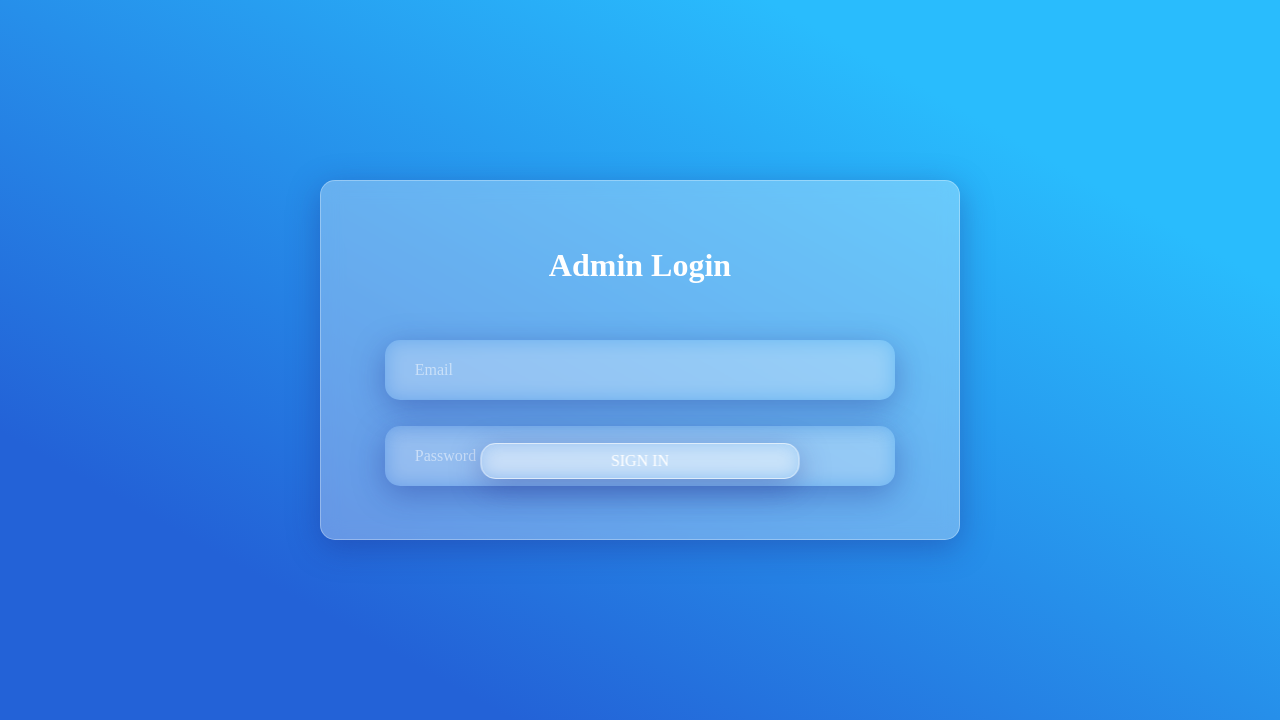
Repository: LEEYONGJUN3068/cms
Page: /login
An editor plug-in stored every save of this project. The page is shown before and after a run of saves, followed by the edit.
The browser window is 1280 px wide. The pictures show the whole page.
The page's requests for data from a server got no answer. The project was rebuilt for these pictures with package versions that can differ from the ones it lists, and the page was loaded fresh each time. The framework's server and built-in components were replaced by stand-ins that run in the browser. No one was signed in, and anything a server would have sent is missing. Also part of the build but not shown: next.config.mjs.

Above is the page before, as saved 2025-09-23 15:03:59.

### src/app/layout.js
import { Geist, Geist_Mono } from "next/font/google";
import "./globals.css";
import AppLoader from "@/components/AppLoader";
import "../styles/globals.scss";

const geistSans = Geist({
  variable: "--font-geist-sans",
  subsets: ["latin"],
});

const geistMono = Geist_Mono({
  variable: "--font-geist-mono",
  subsets: ["latin"],
});

export const metadata = {
  title: "Create Next App",
  description: "Generated by create next app",
  stylesheets: [
    {
      rel: 'stylesheet',
      as: 'style',
      crossOrigin: 'anonymous',
      href: 'https://cdn.jsdelivr.net/gh/orioncactus/pretendard@v1.3.9/dist/web/static/pretendard.min.css',
    },
  ],
};

export default function RootLayout({ children }) {
  return (
    <html lang="ko">
      <body
        className={`${geistSans.variable} ${geistMono.variable} antialiased`}
      >
        <AppLoader>{children}</AppLoader>
      </body>
    </html>
  );
}

### src/app/login/page.jsx
'use client'
import { useState } from 'react'
import { supabase } from '@/lib/supabaseClient'
import { useRouter } from 'next/navigation'
import styles from './login.module.scss'

export default function Login() {
  const [email,setEmail] = useState('')
  const [password,setPassword] = useState('')
  const router = useRouter()

  const handleLogin = async (e) => {
    e.preventDefault()
    const { data, error } = await supabase.auth.signInWithPassword({ email, password })
    if (error) alert(error.message)
    else router.push('/dashboard')
  }

  return (
    <div className={styles.loginContainer}>
      <div className={styles.form}>
        <h2>Admin Login</h2>
        <form onSubmit={handleLogin}>
          <input
            type="email"
            placeholder="Email"
            value={email}
            onChange={(e)=>setEmail(e.target.value)}
            required
            name='id'
          />
          <input
            type="password"
            placeholder="Password"
            value={password}
            onChange={(e)=>setPassword(e.target.value)}
            required
            name='pw'
          />
          <button type="submit" className={styles.loginBtn}>SIGN IN</button>
        </form>
      </div>
    </div>
  )
}

### src/app/globals.css
@import "tailwindcss";

:root {
  --background: #ffffff;
  --foreground: #171717;
}

@theme inline {
  --color-background: var(--background);
  --color-foreground: var(--foreground);
  --font-sans: var(--font-geist-sans);
  --font-mono: var(--font-geist-mono);
}

@media (prefers-color-scheme: dark) {
  :root {
    --background: #0a0a0a;
    --foreground: #ededed;
  }
}

body {
  background: var(--background);
  color: var(--foreground);
  font-family: 'Pretendard';
}

### src/components/AppLoader.jsx
"use client";

import { useState, useEffect } from "react";
import dynamic from 'next/dynamic'; // dynamic import 추가

// LoadingScreen 컴포넌트를 dynamic으로 불러오고, ssr을 false로 설정합니다.
// 이렇게 하면 이 컴포넌트는 오직 브라우저에서만 렌더링됩니다.
const LoadingScreen = dynamic(() => import('./LoadingScreen'), { ssr: false });

const AppLoader = ({ children }) => {
  const [loading, setLoading] = useState(true);

  useEffect(() => {
    const isFirstVisit = sessionStorage.getItem("isFirstVisit");

    if (isFirstVisit) {
      setLoading(false);
    } else {
      sessionStorage.setItem("isFirstVisit", "false");
      setTimeout(() => {
        setLoading(false);
      }, 3000);
    }
  }, []);

  return loading ? <LoadingScreen /> : <>{children}</>;
};

export default AppLoader;

### src/styles/globals.scss
button{
    &:hover{
        cursor: pointer;
    }
}

### src/app/login/login.module.scss
.loginContainer{
    background: linear-gradient(to bottom left, #29bcfd 20%, #2362d7 80%);
    width: 100%;
    height: 100vh;

    .form{
        position: absolute;
        left: 50%;
        top: 50%;
        transform: translate(-50%, -50%);
        width: 50%;
        max-width: 960px;
        height: 50vh;
        max-height: 600px;
        background: rgba(255, 255, 255, 0.3);
        backdrop-filter: blur(10px);
        -webkit-backdrop-filter: blur(10px); /* Safari 브라우저 지원 */
        border: 1px solid rgba(255, 255, 255, 0.3);
        box-shadow: 0 8px 32px 0 rgba(31, 38, 135, 0.37);
        border-radius: 15px;
        padding: clamp(0px, 5vw, 60px) 0;
        color: white;

        h2{
            position: relative;
            top: 0;
            text-align: center;
            font-weight: bold;
            font-size: clamp(0px, 4vw, 32px);
            margin-bottom: 4vw;
        }

        input{
            width: 80%;
            height: 5vh;
            backdrop-filter: blur(10px);
            -webkit-backdrop-filter: blur(10px); /* Safari 브라우저 지원 */
            box-shadow: 0 8px 32px 0 rgba(31, 38, 135, 0.37);
            border-radius: 15px;
            padding: 30px;
            color: white;
            margin-bottom: 2vw;

            &:focus{
                outline: none;
            }
        }

        form{
            display: flex;
            flex-direction: column;
            align-items: center;
        }

        .loginBtn{
            position: absolute;
            left: 50%;
            bottom: clamp(0px, 5vw, 60px);
            transform: translateX(-50%);
            display: flex;
            align-items: center;
            justify-content: center;
            width: 50%;
            height: 5vh;
            backdrop-filter: blur(10px);
            -webkit-backdrop-filter: blur(10px); /* Safari 브라우저 지원 */
            border: 1px solid rgba(255, 255, 255, 0.6);
            box-shadow: 0 8px 32px 0 rgba(31, 38, 135, 0.37);
            border-radius: 15px;
            font-weight: 500;
            color: white;

            &:hover{
                background-color: #fff;
                color: #2362d7;
                transition: all 0.5s;
            }
        }
    }
}

### src/components/LoadingScreen.jsx
"use client";

// lottie-react에서 Player를 가져옵니다.
import { Player } from "@lottiefiles/react-lottie-player";

const LoadingScreen = () => {
  return (
    <div style={{
      position: 'fixed',
      top: 0,
      left: 0,
      width: '100%',
      height: '100%',
      backgroundColor: '#000',
      display: 'flex',
      flexDirection: 'column',
      justifyContent: 'center',
      alignItems: 'center',
      zIndex: 9999,
    }}>
        <p style={{
            fontSize: 'clamp(0px, 5vw, 32px)',
            fontWeight: 'bold',
        }}>
          포트폴리오 화면을 구성중입니다
        </p>
        <Player
          autoplay
          loop
          src="https://lottie.host/dfe9ce55-f0b7-4bb0-bcd2-241897b61dec/JhkEyDhSuU.json"
          style={{ width: 'clamp(0px, 50vw, 300px)', height: 'auto' }}
        />
    </div>
  );
};

export default LoadingScreen;

Loaded but not shown: src/lib/supabaseClient.js (common file)

After the next 2 saves:
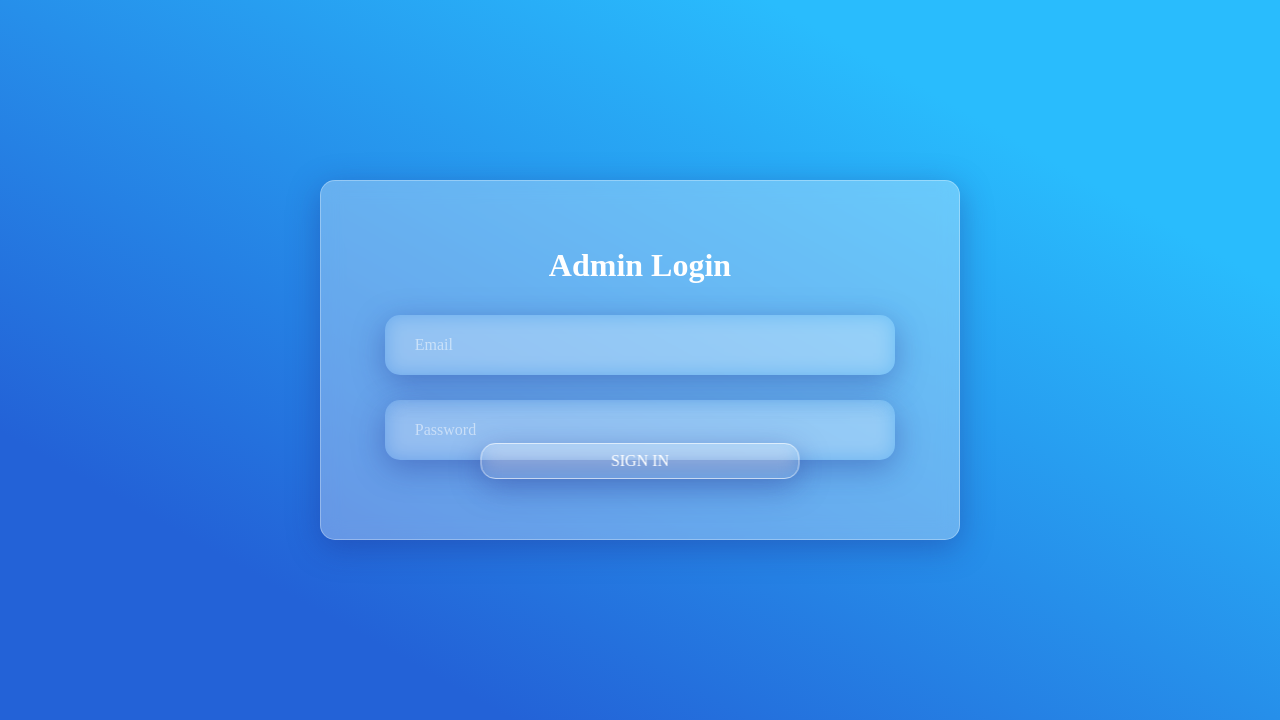
The 2 saves are shown as one change because they came seconds apart.
The last was saved 9 s later.
--- a/src/app/login/login.module.scss
+++ b/src/app/login/login.module.scss
@@ -27,7 +27,7 @@
             text-align: center;
             font-weight: bold;
             font-size: clamp(0px, 4vw, 32px);
-            margin-bottom: 4vw;
+            margin-bottom: 2vw;
         }
 
         input{
